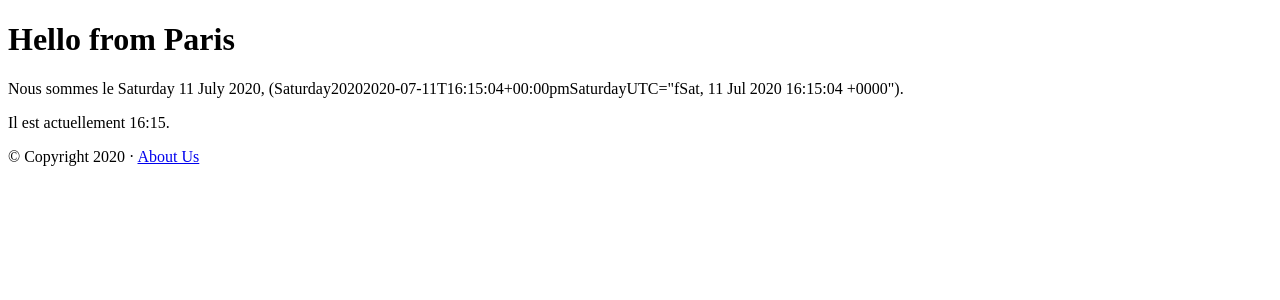
Repository: Elfebleu9/hello_city
Page: templates/pages/home.html.twig
An editor plug-in stored every save of this project. The page is shown before and after the next save, followed by the edit.
The browser window is 1280 px wide. The pictures show the whole page.
The page is a Twig template of a Symfony application; nobody is signed in and links lead nowhere. The template is opened directly, without the code that normally fills it, so the values that code supplies are empty.

Above is the page before, as saved 2020-07-13 20:47:29.

### templates/pages/home.html.twig
{% extends 'base.html.twig' %}
 {% block title 'Hello Paris ! ' %}
 {% block body %}
    <h1>Hello from Paris</h1>
    {# {{ 'now' | localizeddate('full', 'none') }} #}

    <p>Nous sommes le {{'now'|date('l d F Y, (locale="fr")')}}.</p>
    <p> Il est actuellement {{ 'now'|date('H:i')}}.</p>
 {% endblock %}

### templates/base.html.twig
<!DOCTYPE html>
<html lang="{{app.request.locale}}">
    <head>
        <meta charset="UTF-8">
        <meta name="viewport" content="width=device-width, initial-scale=1, shrink-to-fit=no">

        <title>{% block title %}Hello Paris{% endblock %}</title>
        {% block stylesheets %}{% endblock %}
    </head>
    <body>
        <main role="main">
            {% block body %}{% endblock %}
        </main>

        <footer>
            <p>
                &copy; Copyright {{'now'|date('Y')}}
                &middot; <a href="{{path('app_about')}}">About Us</a>
            </p>
        </footer>
        {% block javascripts %}{% endblock %}
    </body>
</html>

After the next save:
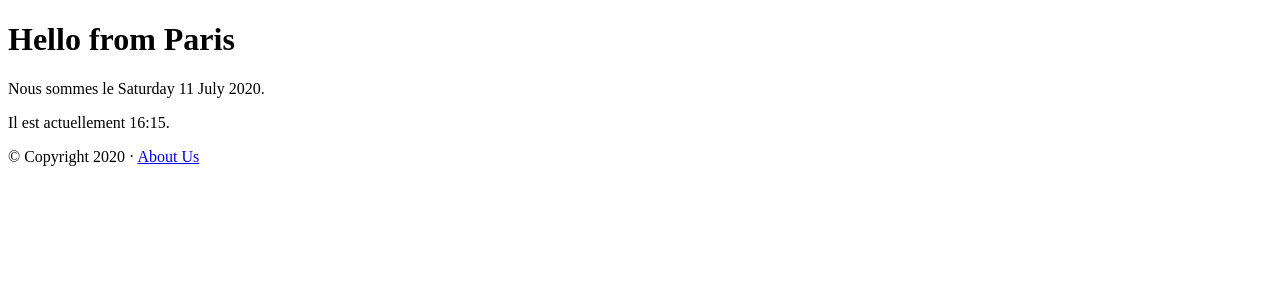
Saved 24 s later.
--- a/templates/pages/home.html.twig
+++ b/templates/pages/home.html.twig
@@ -4,6 +4,6 @@
     <h1>Hello from Paris</h1>
     {# {{ 'now' | localizeddate('full', 'none') }} #}
 
-    <p>Nous sommes le {{'now'|date('l d F Y, (locale="fr")')}}.</p>
+    <p>Nous sommes le {{'now'|date('l d F Y')}}.</p>
     <p> Il est actuellement {{ 'now'|date('H:i')}}.</p>
  {% endblock %}
